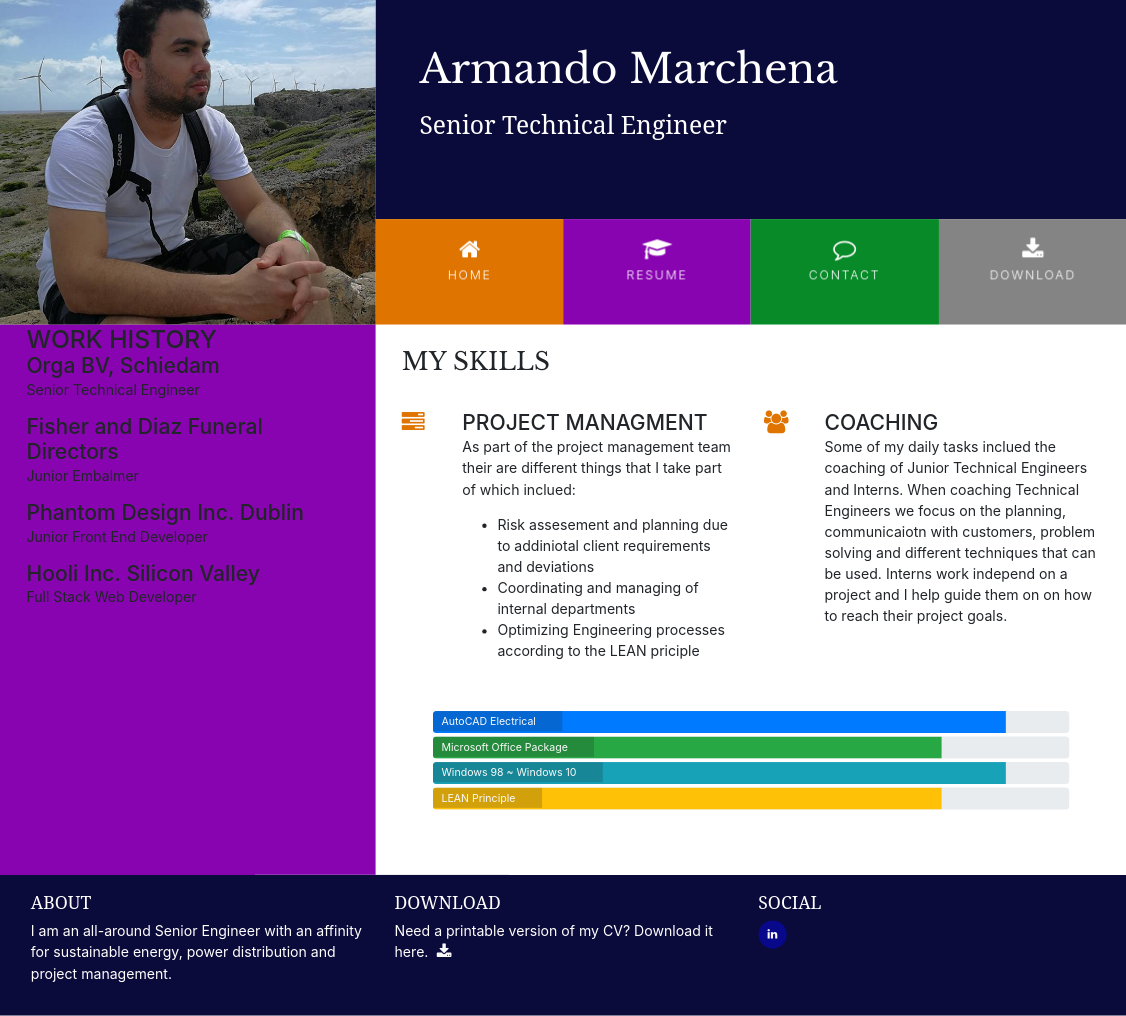
Repository: dugudugu/Resume-A-Marchena
Page: resume.html
The author's editor kept a record of every edit. The page is drawn from the files as they stood at one moment, then again after the next edit.
The browser window is 1280 px wide. The pictures show the whole page, at 88% of full size.

Above is the page before.

After the next edit:
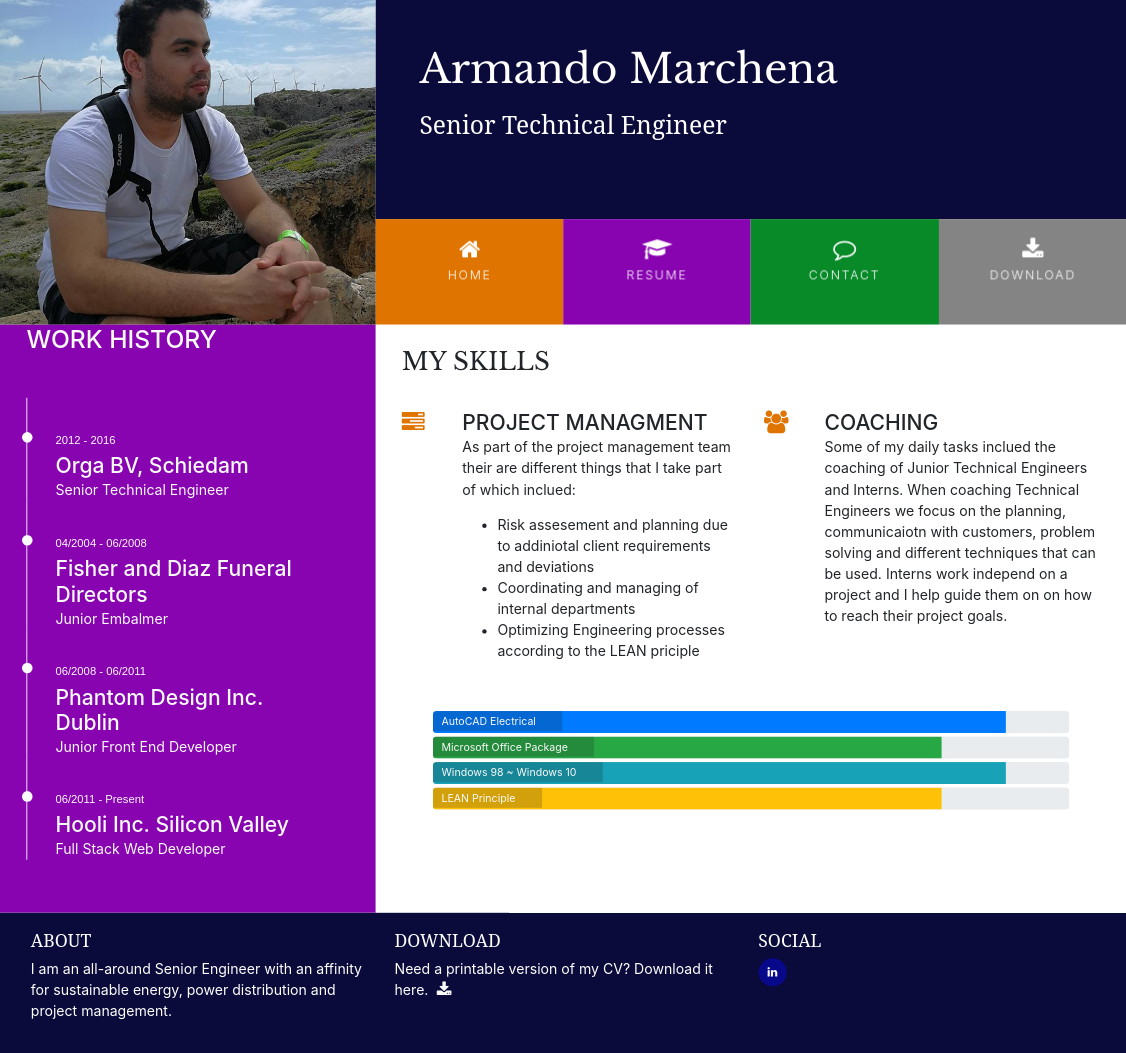
The edit:
--- a/assets/css/style.css
+++ b/assets/css/style.css
@@ -45,17 +45,17 @@
 }
 
 .uppercase {
-    text-transform:uppercase;
+    text-transform: uppercase;
 }
 
 .general-sub {
-    font-family:"Noto Serif", sans-serif;
-    font-weight:300;
+    font-family: "Noto Serif", sans-serif;
+    font-weight: 300;
     color: #fff;
 }
 
 .inline-block {
-    display:inline-block;
+    display: inline-block;
 }
 
 .row-table {
@@ -64,13 +64,11 @@
 
 .section-column {
     display: table-cell;
-    padding:0 30px 30px;
+    padding: 0 30px 30px;
     float: none;
 }
 
-.history-heading{
-
-}
+.history-heading {}
 
 
 
@@ -231,11 +229,11 @@
 
 /*------------------------------------------Footer */
 
-footer{
+footer {
     background: #0B0B3B;
     color: #fff;
-    min-height:120px;
-    margin:0;
+    min-height: 120px;
+    margin: 0;
 }
 
 .cv-pdf i {
@@ -249,7 +247,7 @@
     -o-transition: all 0.35s ease-in-out;
 }
 
-.cv-pdf i:hover{
+.cv-pdf i:hover {
     color: #e84610;
 }
 
@@ -284,7 +282,6 @@
 
 /*------------------------------------------Skills */
 
-
 .progress {
     position: relative;
     height: 25px;
@@ -303,3 +300,51 @@
 .progress-section {
     margin: 40px 20px;
 }
+
+/*------------------------------------------Work History */
+
+.history-heading {
+    color: #fafafa;
+    margin-bottom: 50px;
+}
+
+.timeline-item {
+    padding: 4em 2em 0em 2em;
+    position: relative;
+    color: #fafafa;
+    border-left: 1px solid;
+}
+
+.timeline-item p {
+    padding: 0;
+    margin: 0;
+}
+
+.timeline-item:before {
+    content: attr(data-dates);
+    position: absolute;
+    left: 2.5em;
+    top: 3em;
+    display: block;
+    font-family: "Exo", sans-serif;
+    font-weight: 500;
+    font-size: 0.8em;
+    padding: 0;
+    margin: 0;
+}
+
+.timeline-item:after {
+    width: 12px;
+    height: 12px;
+    display: block;
+    top: 2.4em;
+    position: absolute;
+    left: -6px;
+    border-radius: 12px;
+    content: '';
+    background: #fafafa;
+}
+
+.history-items {
+    margin-bottom: 30px;
+}
